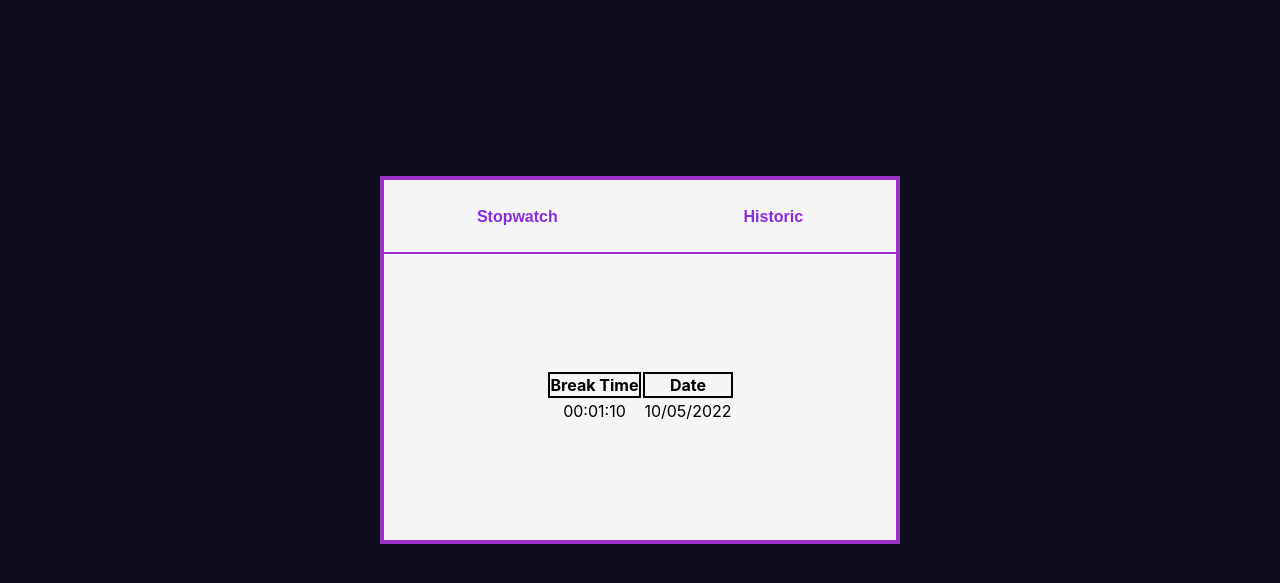
Repository: NicolasRSJ/fastdoubleclick
Page: /
An editor plug-in stored every save of this project. The page is shown before and after the next save, followed by the edit.
The browser window is 1280 px wide. The pictures show the whole page.
The project was rebuilt for these pictures with package versions that can differ from the ones it lists, and the page was loaded fresh each time. Also part of the build but not shown: src/Views/Stopwatch/Index.jsx.

Above is the page before, as saved 2022-10-28 00:28:10.

### src/App.js
import './App.css';
import { Historic } from './Views/History/Index';
import { Stopwatch } from './Views/Stopwatch/Index';


function App() {
  return (
    <div className="App">
      <Historic/>
    </div>
  );
}

export default App;

### src/App.css
.App {
  background-color: #0d0c1b;
  width: 100vw;
  height: 100vh;
  display: flex;
  flex-direction: column;
  align-items: center;
  justify-content: center;
  text-align: center;
}

### src/Views/History/Index.jsx
import React from 'react'
import "./Index.css"

export const Historic = () => {

  return (
    <div className="container">
        <nav className="navigation">
            <p><a href='/'>Stopwatch</a></p>
            <p><a href='/historic'>Historic</a></p>
        </nav>
        <section className="contents">
            <table>
                <thead className='head'>
                    <th>Break Time</th>
                    <th>Date</th>
                </thead>
                <tbody>
                    <td>00:01:10</td>
                    <td>10/05/2022</td>
                </tbody>
            </table>
        </section>
    </div>
  )
}

### src/Views/History/Index.css
.container {
    width: 40%;
    height: 50vh;
    display: flex;
    flex-direction: column;
    background-color: whitesmoke;
    border: 4px solid darkorchid;
}

.navigation {
    width: 100%;
    height: 20%;
    display: flex;
    align-items: center;
    justify-content: space-around;
    border-bottom: 2px solid darkorchid;
}

.navigation p a {
    font-size: medium;
    font-weight: 600;
    text-decoration: none;
    font-family: sans-serif;
    color: blueviolet;
}

.contents {
    width: 100%;
    height: 80%;
    display: flex;
    align-items: center;
    justify-content: space-around;
    flex-direction: column;
}

.contents table th {
    border: 2px solid black;
}

### src/Views/Stopwatch/Index.css
.container {
    width: 40%;
    height: 50vh;
    display: flex;
    flex-direction: column;
    background-color: whitesmoke;
    border: 4px solid darkorchid;
}

.navigation {
    width: 100%;
    height: 20%;
    display: flex;
    align-items: center;
    justify-content: space-around;
    border-bottom: 2px solid darkorchid;
}

.navigation p a {
    font-size: medium;
    font-weight: 600;
    text-decoration: none;
    font-family: sans-serif;
    color: blueviolet;
}

.contents {
    width: 100%;
    height: 80%;
    display: flex;
    align-items: center;
    justify-content: space-around;
    flex-direction: column;
}

.contents button {
    border: 2px solid darkorchid;
    border-radius: 100px;
    width: auto;
    height: auto;
    padding: 10px;
    background-color: whitesmoke;
    color: blueviolet;
    cursor: pointer;
    font-weight: 700;
}

.contents button:hover {
    border: none;
    background-color: darkorchid;
    color: white;
}

Loaded but not shown: public/index.html (common file); src/index.js (common file); src/index.css (common file); src/reportWebVitals.js (common file)

After the next save:
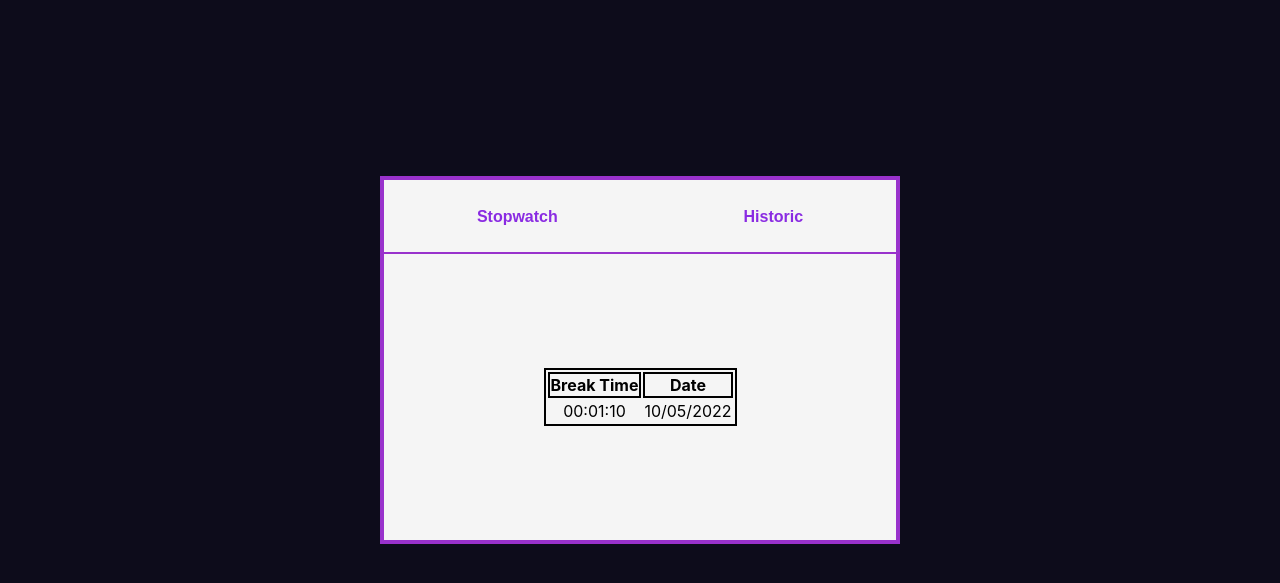
Saved 21 s later.
--- a/src/Views/History/Index.css
+++ b/src/Views/History/Index.css
@@ -33,6 +33,10 @@
     flex-direction: column;
 }
 
+.contents table {
+    border: 2px solid black;
+}
+
 .contents table th {
     border: 2px solid black;
 }
